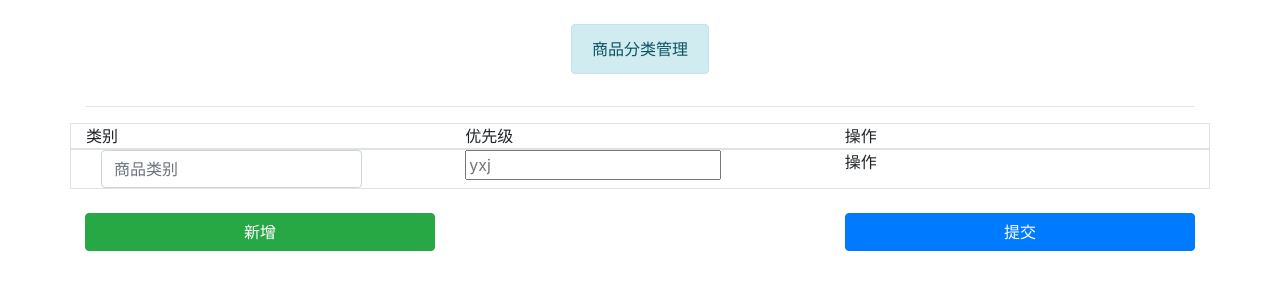
Repository: marveloussj/first_project
Page: o2o/src/main/webapp/WEB-INF/html/shop/productcategorymanage.html
The author's editor kept a copy of each file at every save. The page is drawn from the files as they stood at one save, then again after the next save.
The browser window is 1280 px wide. The pictures show the whole page.
The page's requests for data from a server got no answer. Some web libraries are served in a nearby version.

Above is the page before, as saved 2018-03-17 08:42:12.

### o2o/src/main/webapp/WEB-INF/html/shop/productcategorymanage.html
<!doctype html>
<html lang="en">
<head>
<!-- Required meta tags -->
<meta charset="utf-8">
<meta name="viewport"
	content="width=device-width, initial-scale=1, shrink-to-fit=no">

<!-- Bootstrap CSS -->
<link rel="stylesheet"
	href="https://cdn.bootcss.com/bootstrap/4.0.0/css/bootstrap.min.css"
	integrity="sha384-Gn5384xqQ1aoWXA+058RXPxPg6fy4IWvTNh0E263XmFcJlSAwiGgFAW/dAiS6JXm"
	crossorigin="anonymous">

<title>商品分类管理</title>
</head>
<body>

<div class="container">
<br>
<div class="row justify-content-center">
			<div class="alert alert-info" >商品分类管理</div>
		</div>
		<hr>

  <div class="row align-items-start table-bordered">
    <div class="col">类别</div>
    <div class="col">优先级 </div>
    <div class="col"> 操作</div>
  </div>

  <div class="category-wrap"></div>
  <div class="row align-items-start table-bordered temp">
  <div class="col">
  <div class="col-sm-10">
		<input type="text" class="form-control" placeholder="商品类别">
		</div>
  </div>
	<div class="col">
		<input  type="text" placeholder="yxj">
		 </div>
   <div class="col"> 操作</div>
  </div>
<br>

		<div class="row justify-content-between">
			<div class="col-4">
				<button type="button" class="btn btn-success btn-block" id="add">新增</button>
			</div>
			<div class="col-4">
				<button type="button" class="btn btn-primary btn-block" id="submit">提交</button>
			</div>
		</div>
</div>
	<!-- Optional JavaScript -->
	<!-- jQuery first, then Popper.js, then Bootstrap JS -->
	<script src="http://code.jquery.com/jquery-3.3.1.js" integrity="sha256-2Kok7MbOyxpgUVvAk/HJ2jigOSYS2auK4Pfzbm7uH60=" crossorigin="anonymous"></script>
	<script src="https://cdn.bootcss.com/popper.js/1.12.9/umd/popper.min.js" integrity="sha384-ApNbgh9B+Y1QKtv3Rn7W3mgPxhU9K/ScQsAP7hUibX39j7fakFPskvXusvfa0b4Q" crossorigin="anonymous"></script>
	<script src="https://cdn.bootcss.com/bootstrap/4.0.0/js/bootstrap.min.js" integrity="sha384-JZR6Spejh4U02d8jOt6vLEHfe/JQGiRRSQQxSfFWpi1MquVdAyjUar5+76PVCmYl" crossorigin="anonymous"></script>
	<script type="text/javascript" src="../resources/js/shop/productcategorymanage.js" charset="utf-8"></script>

</body>
</html>

### o2o/src/main/webapp/resources/js/shop/productcategorymanage.js
/**
 *
 */
$(function(){
	var addUrl='/o2o/shopadmin/addproductcategorys';
	var deleteUrl='/o2o/shopadmin/deleteproductcategory';
	getlist();
	function getlist(e){
		$.ajax({
		url:"/o2o/shopadmin/getproductcategorylist",
		type:"get",
		dataType:"json",
		success:function(data){
			if(data.success){
				handleList(data.data);
			}
		}

	});
	}

	function handleList(data){
		var html='';
		data.map(function(item,index){
			html+='<div class="row align-items-start table-bordered now"><div class="col">'
				+item.productCategoryName+'</div> <div class="col">'
				+item.priority+'</div><div class="col"><a class="delete" data-toggle="modal" data-target="#myModal" data-id="'
				+item.productCategoryId+'" href="#">删除</a></div></div>';
		});
		$('.category-wrap').html(html);
	}

	$('#add').click(function(){
		var tempHtml='<div class="row align-items-start table-bordered temp"><div class="col">'
			+'<input class="form-control category" type="text" placeholder="商品类别">'
			+'</div> <div class="col">'
			+'<input class="form-control priority" type="number" placeholder="优先级">'
			+'</div><div class="col"><a class="delete" href="#">删除</a></div></div>';
		$('.category-wrap').append(tempHtml);
	});

	$('#submit').click(function(){
		var tempArr=$('.temp');
		var productCategoryList=[];
		tempArr.map(function(index,item){
			var tempObj={};
			tempObj.productCategoryName=$(item).find('.category').val();
			tempObj.priority=$(item).find('.priority').val();
			if(tempObj.productCategoryName&&tempObj.priority){
				productCategoryList.push(tempObj);
			}
		});

		$.ajax({
			url:addUrl,
			type:'POST',
			data:JSON.stringify(productCategoryList),
			contentType: 'application/json',
			success:function(data){
				if(data.success){
					alert("提交成功!");
					getlist();
				}else{
					alert("提交失败!");
				}
			}
		});

	});

	$('.category-wrap').on('click','.align-items-start.table-bordered.temp .delete',function(e){
		$(this).parent().parent().remove();
	});

	$('.category-wrap').on('click','.align-items-start.table-bordered.now .delete',function(e){
		$('#confirm').unbind('click').bind('click',function(){
			var target=e.currentTarget;
			$.ajax({
				url:deleteUrl,
				type:'POST',
				data:{productCategoryId:target.dataset.id},
				dataType:'json',
				success:function(data){
					if(!data.success){
						alert("删除失败!");
					}else{
						alert("删除成功!");
						getlist();
					}
					return ;
				}
			});
			});
	});

	$('#return').click(function() {
		window.location.href = '/o2o/shopadmin/shopmanage';
	});

});

After the next save:
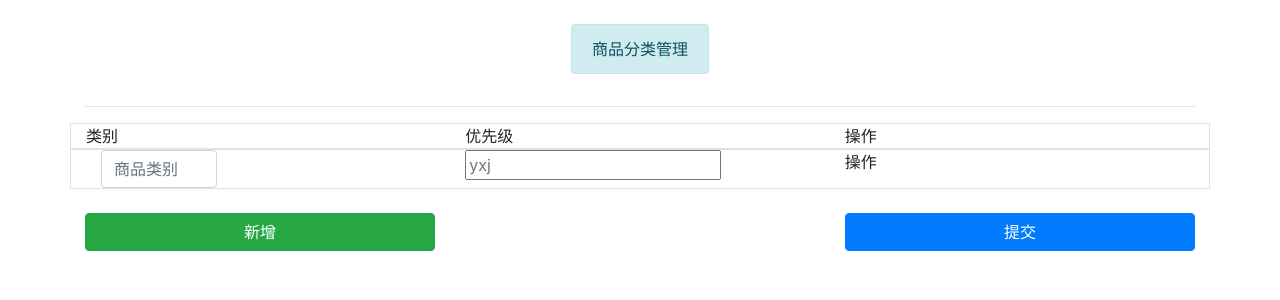
Saved 9 s later.
--- a/o2o/src/main/webapp/WEB-INF/html/shop/productcategorymanage.html
+++ b/o2o/src/main/webapp/WEB-INF/html/shop/productcategorymanage.html
@@ -32,7 +32,7 @@
   <div class="category-wrap"></div>
   <div class="row align-items-start table-bordered temp">
   <div class="col">
-  <div class="col-sm-10">
+  <div class="col-sm-5">
 		<input type="text" class="form-control" placeholder="商品类别">
 		</div>
   </div>
